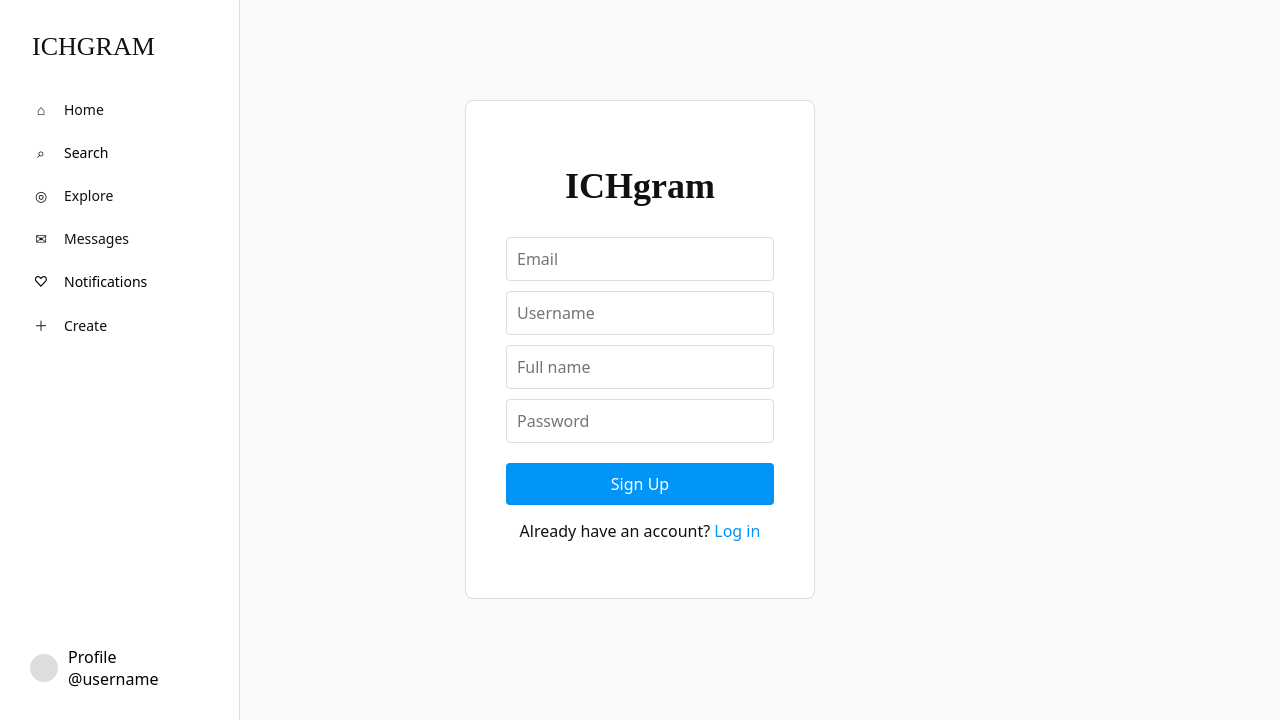
Repository: JuliiaJuliia/project-ichgram
Page: /register
An editor plug-in stored every save of this project. The page is shown before and after the next save, followed by the edit.
The browser window is 1280 px wide. The pictures show the whole page.
The project was rebuilt for these pictures with package versions that can differ from the ones it lists, and the page was loaded fresh each time. Also part of the build but not shown: src/components/ProtectedRoute.js, src/components/Stories.js, src/components/PostForm.js, src/components/PostCard.css, src/components/PostCard.js, src/components/Feed.js, src/components/Chat.js, src/pages/Login.js and 4 more.

Above is the page before, as saved 2026-02-19 19:21:46.

### src/index.css
:root{
  --bg:#fafafa;
  --surface:#fff;
  --text:#111;
  --muted:#737373;
  --line:#dbdbdb;
  --blue:#0095f6;

  --radius:14px;
  --shadow:0 10px 30px rgba(0,0,0,.12);
  --shadow-soft:0 6px 18px rgba(0,0,0,.10);

  --sidebar-w:240px;
  --drawer-w:420px;
  --container-w:1100px;
}

*{ box-sizing:border-box; }
html, body{ height:100%; }
body{
  margin:0;
  font-family: system-ui, -apple-system, Segoe UI, Roboto, Arial, sans-serif;
  background: var(--bg);
  color: var(--text);
}

a{ color:inherit; text-decoration:none; }
button, input{ font:inherit; }

### src/App.js
import "./App.css";
import { BrowserRouter as Router, Routes, Route } from "react-router-dom";
import ProtectedRoute from "./components/ProtectedRoute";

// ==== Компоненты ====
import Sidebar from "./components/Sidebar";
import Stories from "./components/Stories";
import PostForm from "./components/PostForm";
import Feed from "./components/Feed";
import Chat from "./components/Chat";

// ==== Страницы ====
import Login from "./pages/Login";
import Register from "./pages/Register";
import NotFound from "./pages/NotFound";
import Profile from "./pages/Profile";

// ==== Внутренние компоненты страниц ====
function Home() {
  return (
    <div className="main-content">
      <Stories />
      <PostForm />
      <Feed />
    </div>
  );
}

function Messages() {
  const chatId = "123";
  const userId = "user123";

  return (
    <div className="main-content">
      <h2>Messages</h2>
      <Chat chatId={chatId} userId={userId} />
    </div>
  );
}

// ==== Основной компонент приложения ====
function App() {
  return (
    <Router>
      <div className="app-container">
        {/* Левое меню (Sidebar) */}
        <Sidebar />

        {/* Настройка маршрутов */}
        <Routes>

          {/* ===== Закрытые маршруты ===== */}
          <Route
            path="/"
            element={
              <ProtectedRoute>
                <Home />
              </ProtectedRoute>
            }
          />

          <Route
            path="/messages"
            element={
              <ProtectedRoute>
                <Messages />
              </ProtectedRoute>
            }
          />

          <Route
            path="/profile"
            element={
              <ProtectedRoute>
                <Profile />
              </ProtectedRoute>
            }
          />

          {/* ===== Публичные маршруты (без авторизации) ===== */}
          <Route path="/login" element={<Login />} />
          <Route path="/register" element={<Register />} />

          {/* ===== 404 ===== */}
          <Route path="*" element={<NotFound />} />

        </Routes>
      </div>
    </Router>
  );
}

export default App;

### src/App.css
.app-container {
  display: flex;
}

.main-content {
  margin-left: 260px;
  padding: 20px;
  width: 100%;
  max-width: 700px;
}

### src/components/Sidebar.js
import React from "react";
import { NavLink, useNavigate } from "react-router-dom";
import "./Sidebar.css";

export default function Sidebar(props) {
  const navigate = useNavigate();

  // Безопасно: если проп не пришёл — не падаем
  const openPanel =
    typeof props.onOpenPanel === "function" ? props.onOpenPanel : null;

  const handleSearch = () => {
    // 1) Если Layout передал функцию — откроем drawer
    if (openPanel) return openPanel("search");
    // 2) Иначе просто перейдем на роут (чтобы не было ошибки)
    navigate("/search");
  };

  const handleNotifications = () => {
    if (openPanel) return openPanel("notifications");
    navigate("/notifications");
  };

  return (
    <aside className="sidebar">
      <div className="sidebar__logo" onClick={() => navigate("/")}>
        <span className="sidebar__logoText">ICHGRAM</span>
      </div>

      <nav className="sidebar__nav">
        <NavLink to="/" className="sidebar__item">
          <span className="sidebar__icon">⌂</span>
          <span className="sidebar__label">Home</span>
        </NavLink>

        <button type="button" className="sidebar__item" onClick={handleSearch}>
          <span className="sidebar__icon">⌕</span>
          <span className="sidebar__label">Search</span>
        </button>

        <NavLink to="/explore" className="sidebar__item">
          <span className="sidebar__icon">◎</span>
          <span className="sidebar__label">Explore</span>
        </NavLink>

        <NavLink to="/messages" className="sidebar__item">
          <span className="sidebar__icon">✉</span>
          <span className="sidebar__label">Messages</span>
        </NavLink>

        <button
          type="button"
          className="sidebar__item"
          onClick={handleNotifications}
        >
          <span className="sidebar__icon">♡</span>
          <span className="sidebar__label">Notifications</span>
        </button>

        <NavLink to="/create" className="sidebar__item">
          <span className="sidebar__icon">＋</span>
          <span className="sidebar__label">Create</span>
        </NavLink>
      </nav>

      <div className="sidebar__bottom">
        <div className="sidebar__divider" />

        <NavLink to="/profile" className="sidebar__profile">
          <div className="sidebar__avatar" />
          <div className="sidebar__profileText">
            <div className="sidebar__profileName">Profile</div>
            <div className="sidebar__profileSub">@username</div>
          </div>
        </NavLink>
      </div>
    </aside>
  );
}

### src/pages/Register.js
import React, { useState } from "react";
import { Link, useNavigate } from "react-router-dom";
import axios from "axios";
import "./Auth.css";

function Register() {
  const [email, setEmail] = useState("");
  const [username, setUsername] = useState("");
  const [fullName, setFullName] = useState("");  // ✅ додаємо повне ім’я
  const [password, setPassword] = useState("");
  const navigate = useNavigate();

  const handleRegister = async (e) => {
    e.preventDefault();
    try {
      await axios.post("http://localhost:3001/api/auth/register", {
        email,
        username,
        fullName,    // ✅ тепер передаємо
        password,
      });

      alert("✅ Реєстрація успішна!");
      navigate("/login");
    } catch (err) {
      alert("❌ " + (err.response?.data?.message || "Помилка реєстрації"));
      console.error(err);
    }
  };

  return (
    <div className="auth-container">
      <h1>ICHgram</h1>

      <form onSubmit={handleRegister}>
        <input
          type="email"
          placeholder="Email"
          value={email}
          onChange={(e) => setEmail(e.target.value)}
          required
        />

        <input
          type="text"
          placeholder="Username"
          value={username}
          onChange={(e) => setUsername(e.target.value)}
          required
        />

        <input
          type="text"
          placeholder="Full name"          // ✅ поле повного імені
          value={fullName}
          onChange={(e) => setFullName(e.target.value)}
          required
        />

        <input
          type="password"
          placeholder="Password"
          value={password}
          onChange={(e) => setPassword(e.target.value)}
          required
        />

        <button type="submit">Sign Up</button>
      </form>

      <p>
        Already have an account? <Link to="/login">Log in</Link>
      </p>
    </div>
  );
}

export default Register;

### src/components/Sidebar.css
.sidebar{
    width:240px;
    height:100vh;
    position:fixed;
    left:0;
    top:0;
    background:#fff;
    border-right:1px solid #dbdbdb;
    padding:14px 12px;
    display:flex;
    flex-direction:column;
  }

  .sidebar__logo{
    font-family: 'Pacifico', cursive;
    font-size:26px;
    padding:12px 12px 18px 12px;
    cursor:pointer;
  }

  .sidebar__nav{
    display:flex;
    flex-direction:column;
    gap:4px;
    margin-top:10px;
  }

  .sidebar__item{
    display:flex;
    align-items:center;
    gap:12px;
    padding:10px;
    border-radius:12px;
    border:0;
    background:transparent;
    cursor:pointer;
    font-size:14px;
  }

  .sidebar__item:hover{
    background:#f2f2f2;
  }

  .sidebar__icon{
    width:22px;
    text-align:center;
  }

  .sidebar__bottom{
    margin-top:auto;
  }

  .sidebar__profile{
    display:flex;
    align-items:center;
    gap:10px;
    padding:10px;
    border-radius:12px;
    text-decoration:none;
    color:black;
  }

  .sidebar__profile:hover{
    background:#f2f2f2;
  }

  .sidebar__avatar{
    width:28px;
    height:28px;
    border-radius:50%;
    background:#ddd;
  }

### src/components/Stories.css
.sidebar {
    width: 240px;
    height: 100vh;
    border-right: 1px solid #ddd;
    padding: 20px;
    position: fixed;
    left: 0;
    top: 0;
    background: white;
  }

  .logo {
    font-size: 24px;
    margin-bottom: 30px;
  }

  .nav-item {
    padding: 12px 0;
    font-size: 18px;
    cursor: pointer;
  }

  .nav-item:hover {
    background: #f5f5f5;
    border-radius: 8px;
    padding-left: 10px;
  }

### src/pages/Auth.css
.auth-container {
    width: 350px;
    margin: 100px auto;
    text-align: center;
    background: #fff;
    padding: 40px;
    border: 1px solid #ddd;
    border-radius: 8px;
  }

  .auth-container h1 {
    font-family: 'Brush Script MT', cursive;
    font-size: 36px;
    margin-bottom: 30px;
  }

  .auth-container input {
    display: block;
    width: 100%;
    margin: 10px 0;
    padding: 10px;
    border: 1px solid #ddd;
    border-radius: 4px;
  }

  .auth-container button {
    width: 100%;
    padding: 10px;
    background-color: #0095f6;
    color: white;
    border: none;
    border-radius: 4px;
    margin-top: 10px;
  }

  .auth-container p {
    margin-top: 15px;
  }

  .auth-container a {
    color: #0095f6;
    text-decoration: none;
  }

Loaded but not shown: public/index.html (common file); src/index.js (common file); src/reportWebVitals.js (common file)

After the next save:
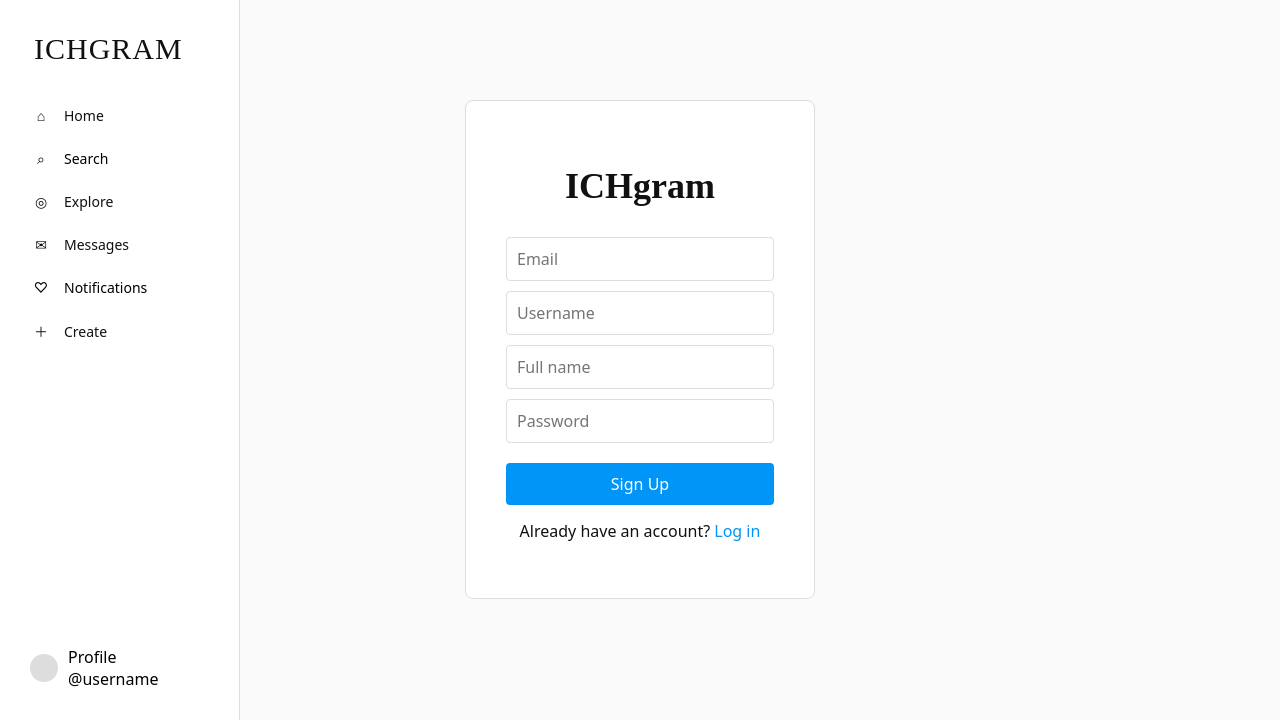
Saved 3 min 26 s later.
--- a/src/components/Sidebar.css
+++ b/src/components/Sidebar.css
@@ -12,10 +12,12 @@
   }
 
   .sidebar__logo{
-    font-family: 'Pacifico', cursive;
-    font-size:26px;
-    padding:12px 12px 18px 12px;
-    cursor:pointer;
+    font-family: 'Lobster', cursive;
+    font-size: 30px;
+    font-weight: 400;
+    padding: 12px 14px 20px 14px;
+    cursor: pointer;
+    letter-spacing: 1px;
   }
 
   .sidebar__nav{
